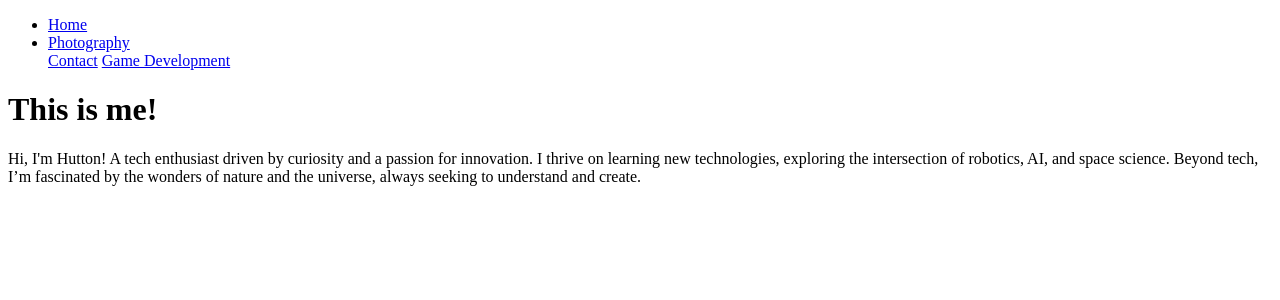
Repository: Argivist/ArgPortfolio
Page: index.html
These files come from the project's save history. The page is drawn as it stood at one moment and after the next save; the edit follows.
The browser window is 1280 px wide. The pictures show the whole page.

Above is the page before, as saved 2025-03-28 14:46:16.

### index.html
<!DOCTYPE html>
<html lang="en">

<head>
    <meta charset="UTF-8">
    <meta name="viewport" content="width=device-width, initial-scale=1.0">
    <link rel="stylesheet" href="css/styles.css">
    <link rel="stylesheet" href="css/nav.css">

    <title>Hutton Amison-Addy</title>
</head>

<body>
    <nav>
        <ul>
            <li><a href="index.html">Home</a></li>
            <li><a href="https://www.instagram.com/theworldinoneseye/">Photography</a></li>

            <li class="dropdown">
                <a href="contact.html">Contact</a>
                <ul class="dropdown-content">
                    <li><a href="https://www.linkedin.com/in/hutton-amison-addy-7b1b3b1b1/">LinkedIn</a></li>
                    <li><a href="https://www.github.com/Argivist">GitHub</a></li>
                    <li><a href="mailto:hutton.amison@ashesi.edu.gh">hutton.amison@ashesi.edu.gh</a></li>
                    <li><a href="mailto:huttonaaddy.public@gmail.com">huttonaaddy.public@gmail.com</a></li>
                </ul>
            </li>

            <li class="dropdown">
                <a href="#">Game Development</a>
                <ul class="dropdown-content">
                    <li><a href="game/index.html">Game Development Projects</a></li>
                    <li><a href="blender/index.html">Blender</a></li>
                </ul>
            </li>
        </ul>
    </nav>

    <div>
        <h1>This is me!</h1>
        <p class="desc">
            Hi, I'm Hutton! A tech enthusiast driven by curiosity and a passion for innovation. I thrive on learning new technologies, exploring the intersection of robotics, AI, and space science. Beyond tech, I’m fascinated by the wonders of nature and the universe, always seeking to understand and create.
        </p>
    </div>

</body>

</html>

### css/nav.css
/* .dropdown{
    position: relative;
    display: inline-block;
} */
/* .dropdown:hover .dropdown-content{
    display: block;
}
 */

.dropdown{
    position: relative;
    display: inline-block;
}
.dropdown:hover .dropdown-content{
    display: block;
}
.dropdown-content{
    display: none;
    position: absolute;
    background-color: #f9f9f9;
    min-width: 160px;
    box-shadow: 0px 8px 16px 0px rgba(0,0,0,0.2);
    z-index: 1;
}

.nav-content{
    display: flex;
    justify-content: space-between;
    align-items: center;
    padding: 10px 0;
    background-color: #333;
    color: white;
}

Loaded but not shown: css/styles.css (no stored copy; drawn as an empty file)

After the next save:
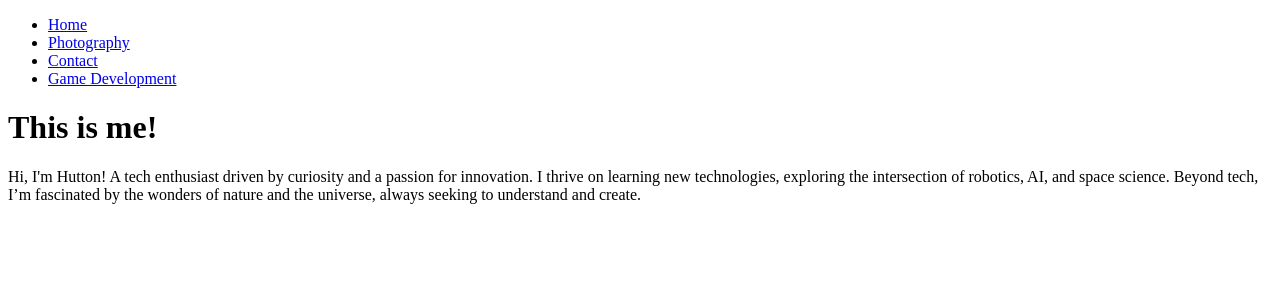
Saved 48 s later.
--- a/css/nav.css
+++ b/css/nav.css
@@ -7,7 +7,7 @@
 }
  */
 
-.dropdown{
+.nav-coontent{
     position: relative;
     display: inline-block;
 }
